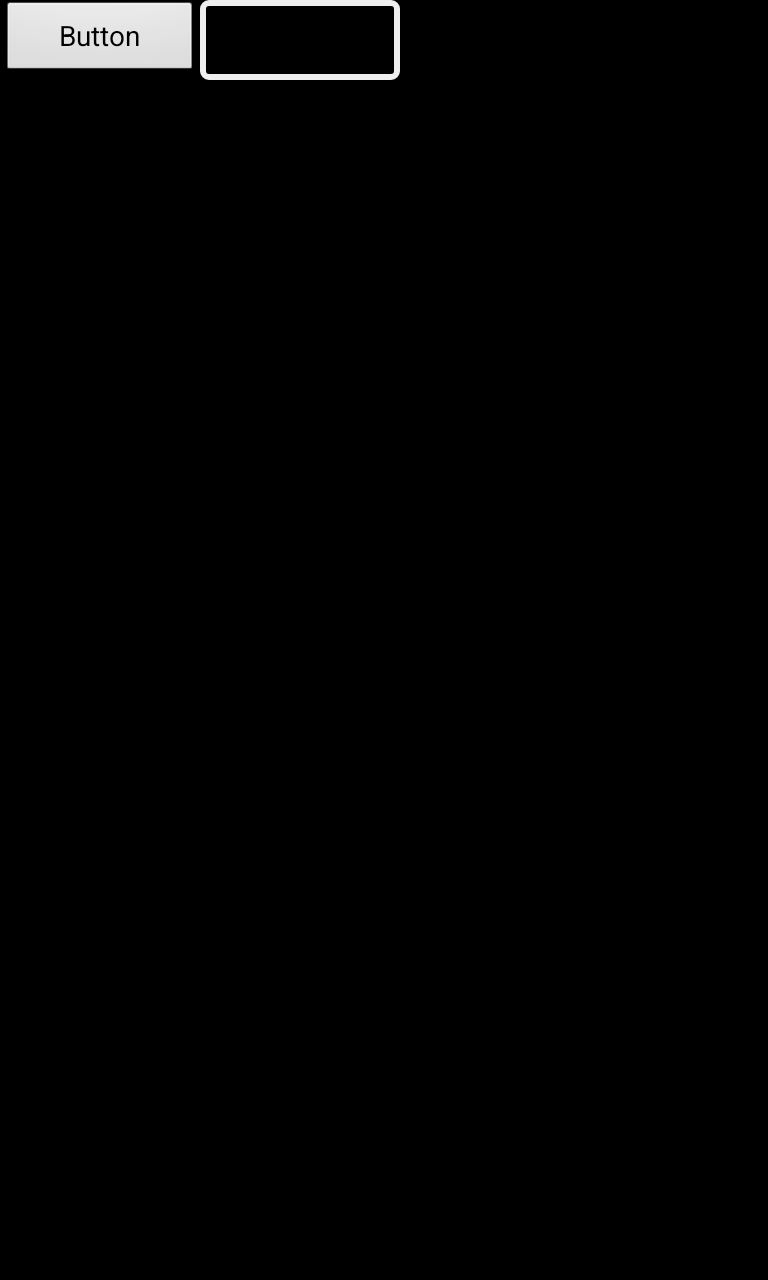
Repository: gmhawash/GBN-DRD
Layout: GoBeNow/res/layout/main.xml
These files come from the project's save history. The layout is drawn as it stood at one moment and after the next save; the edit follows.
It is drawn on a 768 x 1280 px phone screen (xhdpi) without system bars, with theme android:Theme; the app's code is not run.

Above is the layout before, as saved 2011-04-17 01:23:15.

### GoBeNow/res/layout/main.xml
<?xml version="1.0" encoding="utf-8"?>
<RelativeLayout android:orientation="vertical"
	android:layout_width="fill_parent" android:layout_height="fill_parent"
	xmlns:android="http://schemas.android.com/apk/res/android">
	<Button android:text="Button" android:id="@+id/button1"
		android:layout_width="100dip" android:layout_height="40dip"

		android:layout_weight="1.0">
	</Button>
	<Button android:text="Button2" android:id="@+id/button2"
		android:layout_width="100dip" android:layout_height="wrap_content"
		android:layout_toRightOf="@+id/button1" android:layout_alignTop="@+id/button1"
		android:layout_alignBottom="@+id/button1" android:background="@drawable/custom_button"></Button>
</RelativeLayout>

### GoBeNow/res/drawable/custom_button.xml
<?xml version="1.0" encoding="utf-8"?>
<selector
    xmlns:android="http://schemas.android.com/apk/res/android">

    <item android:state_pressed="true" >
        <shape>
            <gradient
                android:startColor="@color/yellow1"
                android:endColor="@color/yellow2"
                android:angle="270" />
            <stroke
                android:width="3dp"
                android:color="@color/grey05" />
            <corners
                android:radius="3dp" />
            <padding
                android:left="10dp"
                android:top="10dp"
                android:right="10dp"
                android:bottom="10dp" />
        </shape>
    </item>

    <item android:state_focused="true" >
        <shape>
            <gradient
                android:endColor="@color/orange4"
                android:startColor="@color/orange5"
                android:angle="270" />
            <stroke
                android:width="3dp"
                android:color="@color/grey05" />
            <corners
                android:radius="3dp" />
            <padding
                android:left="10dp"
                android:top="10dp"
                android:right="10dp"
                android:bottom="10dp" />
        </shape>
    </item>

    <item>
        <shape>
            <gradient
                android:endColor="@color/blue2"
                android:startColor="@color/blue25"
                android:angle="270" />
            <stroke
                android:width="3dp"
                android:color="@color/grey05" />
            <corners
                android:radius="3dp" />
            <padding
                android:left="10dp"
                android:top="10dp"
                android:right="10dp"
                android:bottom="10dp" />
        </shape>
    </item>
</selector>

### GoBeNow/res/values/colors.xml
<?xml version="1.0" encoding="utf-8"?>
<!-- Copyright (C) 2007 The Android Open Source Project

     Licensed under the Apache License, Version 2.0 (the "License");
     you may not use this file except in compliance with the License.
     You may obtain a copy of the License at

          http://www.apache.org/licenses/LICENSE-2.0

     Unless required by applicable law or agreed to in writing, software
     distributed under the License is distributed on an "AS IS" BASIS,
     WITHOUT WARRANTIES OR CONDITIONS OF ANY KIND, either express or implied.
     See the License for the specific language governing permissions and
     limitations under the License.
-->

<resources>
    <drawable name="red">#7f00</drawable>
    <drawable name="blue">#770000ff</drawable>
    <drawable name="green">#7700ff00</drawable>
  	<drawable name="yellow">#77ffff00</drawable>

	<drawable name="screen_background_black">#ff000000</drawable>
    <drawable name="translucent_background">#e0000000</drawable>
    <drawable name="transparent_background">#00000000</drawable>

    <color name="yellow1">#7700ff00</color>
    <color name="yellow2">#ffffff00</color>
    <color name="grey05">#eee</color>
    <color name="orange4">#897</color>
    <color name="orange5">#999</color>
    <color name="blue2">#0000ff00</color>
    <color name="blue25">#0000ef00</color>
    <color name="solid_red">#f00</color>
    <color name="solid_blue">#0000ff</color>
    <color name="solid_green">#f0f0</color>
    <color name="solid_yellow">#ffffff00</color>

</resources>

After the next save:
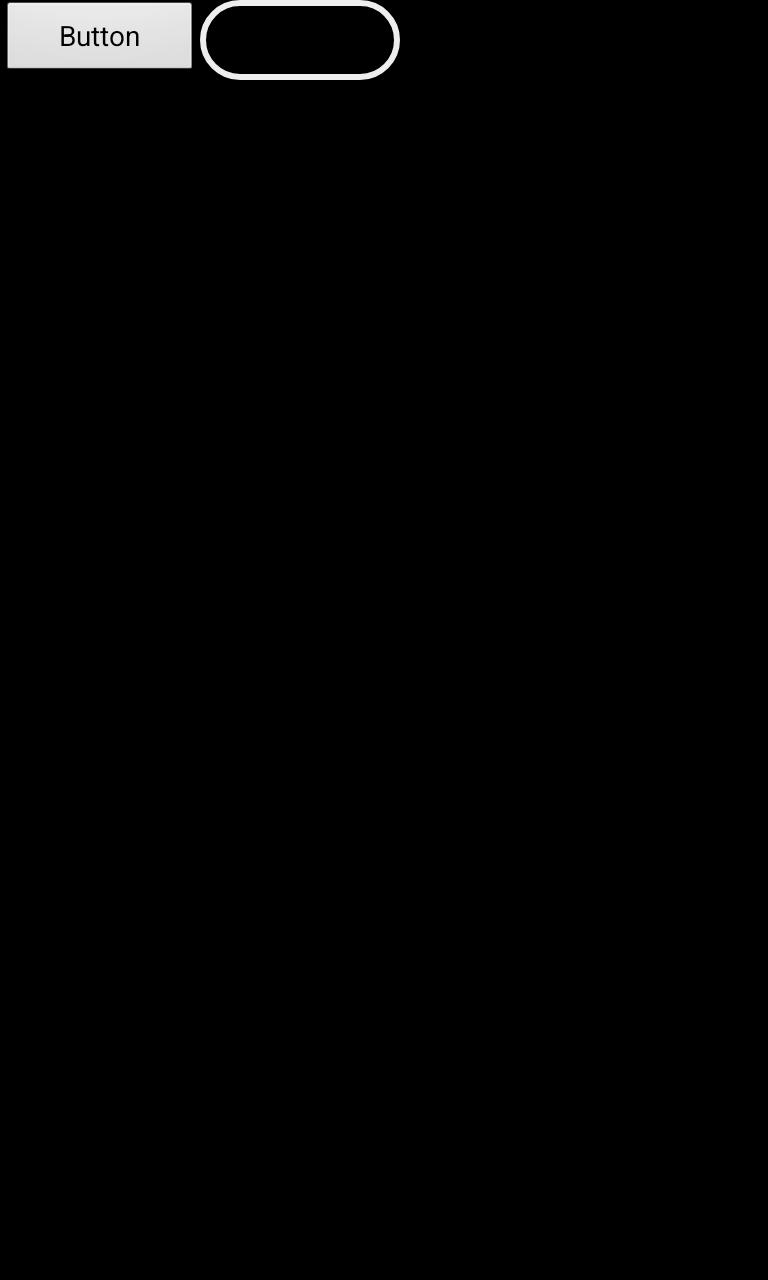
Saved 73 s later.
--- a/GoBeNow/res/drawable/custom_button.xml
+++ b/GoBeNow/res/drawable/custom_button.xml
@@ -50,7 +50,7 @@
                 android:width="3dp"
                 android:color="@color/grey05" />
             <corners
-                android:radius="3dp" />
+                android:radius="30dp" />
             <padding
                 android:left="10dp"
                 android:top="10dp"
